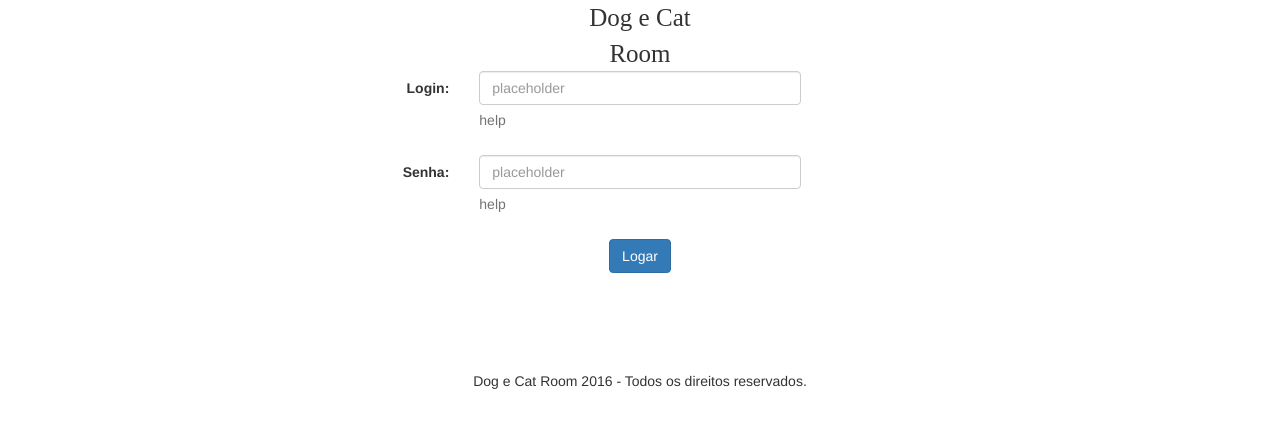
Repository: Natanzx/DogECatRoom
Page: http://localhost/DogECatRoom/login.jsp
An editor plug-in stored every save of this project. The page is shown before and after the next save, followed by the edit.
The browser window is 1280 px wide. The pictures show the whole page.
The page is served by Tomcat 9.

Above is the page before, as saved 2016-05-15 19:31:38.

After the next save:
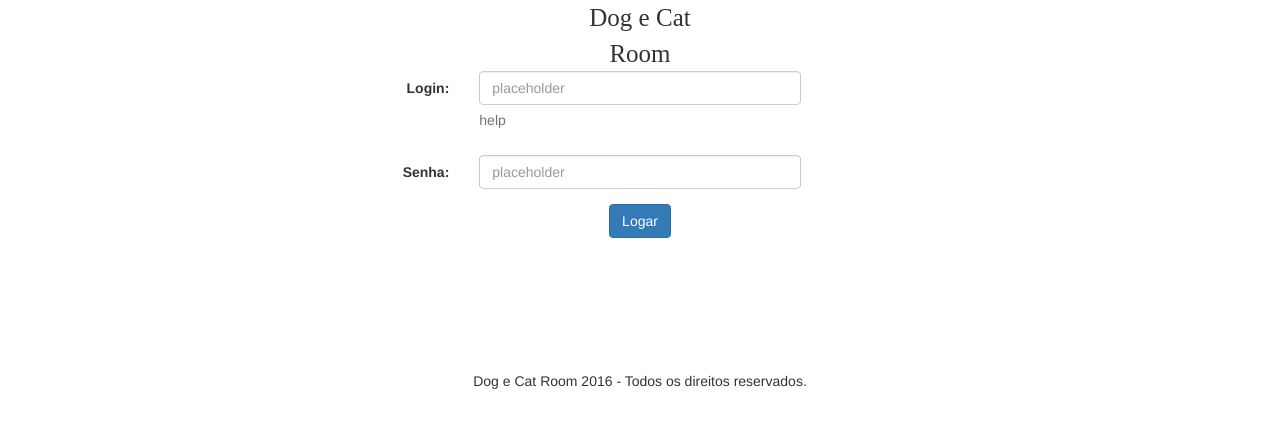
Saved 35 s later.
--- a/DogECatRoom/WebContent/login.jsp
+++ b/DogECatRoom/WebContent/login.jsp
@@ -42,7 +42,6 @@
 						<div class="col-md-4">
 							<input id="passwordinput" name="passwordinput" type="password"
 								placeholder="placeholder" class="form-control input-md">
-							<span class="help-block">help</span>
 						</div>
 					</div>
 
